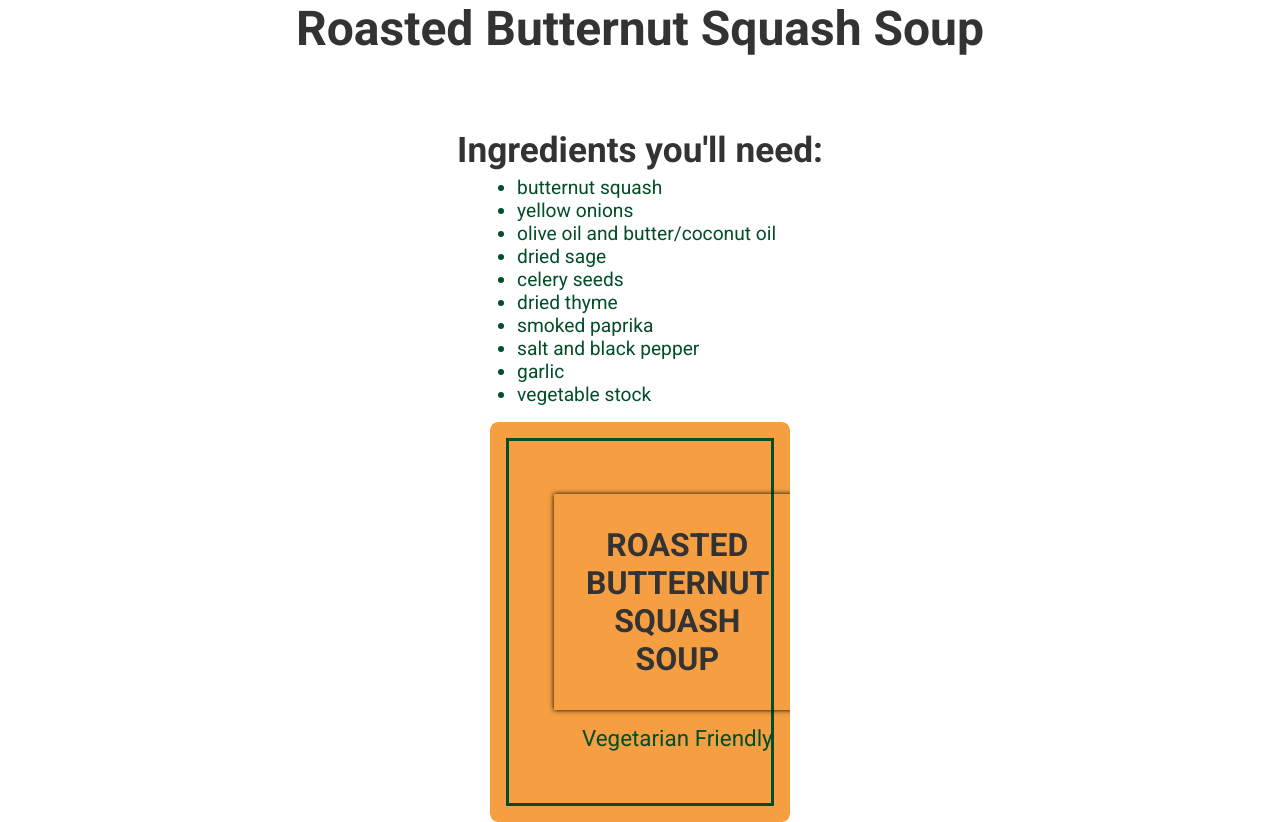
Repository: IDMX225/css-card-flip-LyssaMA
Page: src/index.html
An editor plug-in stored every save of this project. The page is shown before and after the next save, followed by the edit.
The browser window is 1280 px wide. The pictures show the whole page.
The style sheet was rebuilt from its Sass, Less or Tailwind sources for each picture, by a compiler version that may differ from the author's.

Above is the page before, as saved 2024-11-12 20:14:20.
Not found: src/js/index.js

After the next save:
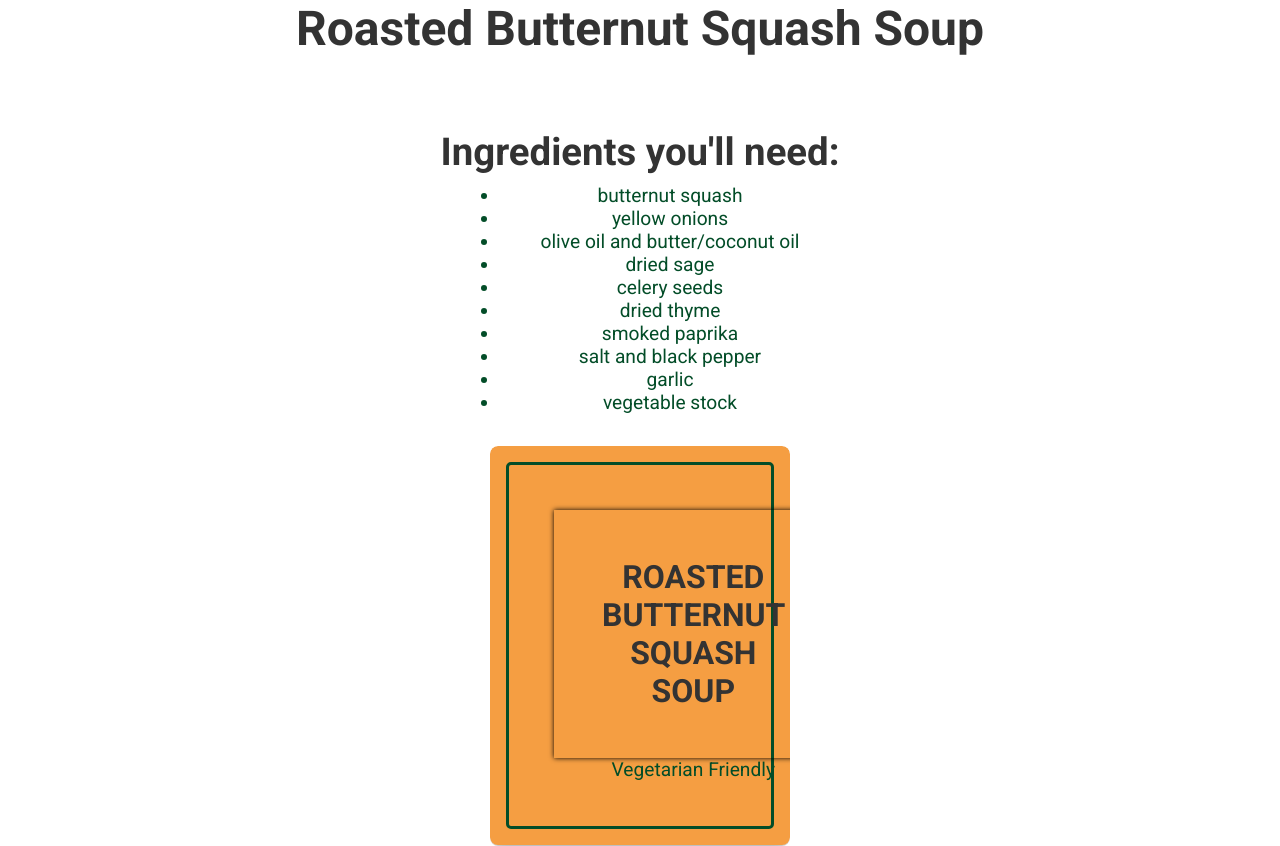
Saved 16 s later.
--- a/src/sass/main.scss
+++ b/src/sass/main.scss
@@ -36,16 +36,16 @@ body {
 
 /* Ingredients Section */
 .ingredients {
-  text-align: left;
-  margin-bottom: 1em; /* Space between ingredients and card */
+  text-align: center;
+  margin-bottom: 2em; /* Space between ingredients and card */
 }
 
 .ingredients-heading {
   font-family: var(--font-family);
-  font-size: 2.2rem; /* Larger size for "Ingredients you'll need:" */
+  font-size: 2.4rem; /* Larger size for "Ingredients you'll need:" */
   font-weight: var(--fw-bold);
   color: #333; /* Dark color */
-  margin-bottom: 5px; /* Adds space between the heading and the ingredient list */
+  margin-bottom: 10px; /* Adds space between the heading and the ingredient list */
 }
 
 .ingredients-list {
@@ -63,6 +63,7 @@ body {
   perspective: 1000px;
   border-radius: 8px;
   overflow: hidden;
+  padding-bottom: 2em; /* Add padding under the card */
 }
 
 /* Card Content */
@@ -89,7 +90,7 @@ body {
   display: grid;
   justify-items: center;
   align-items: center;
-  border-radius: 8px;
+  border-radius: 8px;  /* Ensures that the corners of both front and back are rounded */
 }
 
 /* Front of the Card */
@@ -97,8 +98,12 @@ body {
   background-color: var(--clr);
   color: #034d28; /* Dark green text for contrast */
   padding: 4em;  /* Add space around the content inside the front of the card */
+  border-radius: 8px; /* Match the card's rounded corners */
+  box-shadow: 0 8px 16px rgba(0, 0, 0, 0.3); /* Add shadow to front for depth */
+  position: relative;
 }
 
+/* Adding the border effect with rounded corners */
 .card__front::before {
   content: '';
   position: absolute;
@@ -107,6 +112,7 @@ body {
   left: 1em;
   right: 1em;
   border: 3px solid currentColor;
+  border-radius: 5px; /* Rounded corners on the border */
 }
 
 /* Title on Card Front */
@@ -117,16 +123,16 @@ body {
   text-transform: uppercase;
   color: #333;
   box-shadow: 0 0 5px black;
-  padding: 1em; /* Padding inside the box for space from the border */
-  z-index: 1;  /* Ensure it's above the border */
+  padding: 1.5em; /* Padding inside the box for space from the border */
   text-align: center;
+  position: relative; /* Ensure the title is properly positioned */
+  z-index: 1;  /* Ensure the title is on top of the border */
 }
 
 /* Subtitle on Card */
 .card__subtitle {
-  text-align: center;
   font-family: var(--font-family);
-  font-size: 1.4rem;
+  font-size: 1.2rem;
   font-weight: var(--fw-normal);
 }
 
@@ -135,12 +141,13 @@ body {
   background: var(--clr-dark);
   color: #f7d07d;
   transform: rotateY(180deg);
+  border-radius: 8px; /* Ensure the back matches the card's rounded corners */
+  padding: 2em; /* Add some padding to the back */
 }
 
 .card__body {
   font-family: var(--font-family);
   font-size: 1rem;
   line-height: 1.5;
-  padding: 1em;
   text-align: center;
 }
